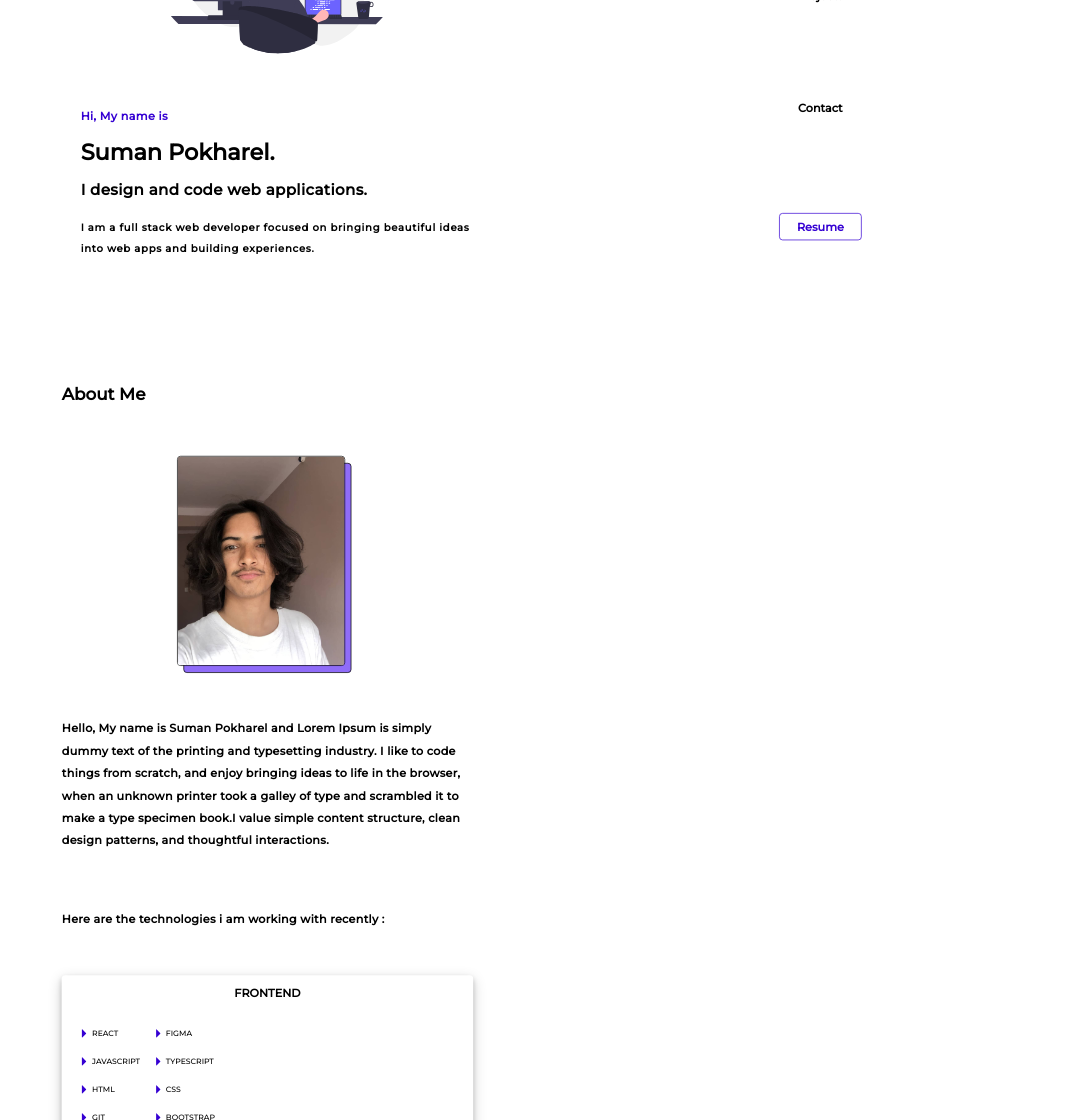
Repository: iamsumanp/portfolio
Page: /
These files come from the project's save history. The page is drawn as it stood at one moment and after the next save; the edit follows.
The browser window is 768 px wide. The page is 1536 px wide, so the pictures cover 1536 px, including what lies to the right of the window. The pictures show the part of the page from y = 396 to 1996 px (the page is 5929 px tall), at 70% of full size.
The project was rebuilt for these pictures with package versions that can differ from the ones it lists, and the page was loaded fresh each time.

Above is the page before, as saved 2022-07-09 21:57:53.

### public/index.html
<!DOCTYPE html>
<html lang="en">
  <head>
    <meta charset="utf-8" />
    <link rel="icon" href="%PUBLIC_URL%/favicon.ico" />
    <meta name="viewport" content="width=device-width, minimum-scale=1" />
    <meta name="theme-color" content="#000000" />
    <meta
      name="description"
      content="Web site created using create-react-app"
    />
    <link rel="apple-touch-icon" href="%PUBLIC_URL%/logo192.png" />

    <link rel="manifest" href="%PUBLIC_URL%/manifest.json" />
    <link rel="preconnect" href="https://fonts.googleapis.com" />
    <link rel="preconnect" href="https://fonts.gstatic.com" crossorigin />
    <link
      href="https://fonts.googleapis.com/css2?family=Montserrat:wght@500&display=swap"
      rel="stylesheet"
    />
    <title>iamsumanp</title>
  </head>
  <body>
    <div id="root"></div>
  </body>
</html>

### src/App.tsx
import "./App.css";
import { BrowserRouter as Router } from "react-router-dom";
import { NavBar } from "./Components/NavBar";
import "./styles/styles.css";
import { Hero } from "./Components/Hero";
import { AboutMe } from "./Components/AboutMe";
import { Projects } from "./Components/Projects";
import { Contact } from "./Components/Contact";
import { Footer } from "./Components/Footer";

function App() {
  return (
    <Router>
      <NavBar />
      <Hero />
      <AboutMe />
      <Projects />
      <Contact />
      <hr />
      <Footer />
    </Router>
  );
}

export default App;

### src/Components/NavBar.tsx
import React, { useState } from "react";
import { HashLink } from "react-router-hash-link";
const myLogo = require("../assets/logo.png");
export const NavBar = () => {
  const [active, setActive] = useState(false);

  const burgerClick = () => {
    setActive(!active);
  };

  return (
    <nav className="navBar">
      <HashLink to="#heroSection" className="linkHash" smooth>
        <img
          src={myLogo}
          alt="SP"
          className="logoImg"
          onClick={active ? burgerClick : undefined}
        />
      </HashLink>

      <ul className={active ? "navUl nav-active" : "navUl"}>
        <li className="navLinks" onClick={active ? burgerClick : undefined}>
          <HashLink to="#aboutMe" className="linkHash" smooth>
            About me
          </HashLink>
        </li>
        <li className="navLinks" onClick={active ? burgerClick : undefined}>
          <HashLink to="#projectSection" className="linkHash" smooth>
            Projects
          </HashLink>
        </li>
        <li className="navLinks" onClick={active ? burgerClick : undefined}>
          <HashLink to="#contact" className="linkHash" smooth>
            Contact
          </HashLink>
        </li>
        <li className="navLinks resume">Resume</li>
      </ul>
      <div className="burgerMenu" onClick={() => burgerClick()}>
        <div className={active ? "line1 toggle" : "line1"}></div>
        <div className={active ? "line2 toggle2" : "line2"}></div>
        <div className={active ? "line3 toggle3" : "line3"}></div>
      </div>
    </nav>
  );
};

### src/styles/styles.css
:root {
  --main-purple: #3500d3;
}

* {
  box-sizing: border-box;
  font-family: "Montserrat", sans-serif;
}

body {
  margin: 0;
  padding: 0;
}
@media (max-width: 900px) {
  body {
    overflow-x: hidden;
  }
}

.navBar {
  display: flex;
  flex-direction: row;
  justify-content: space-between;
  align-items: center;
  min-height: 5rem;
  font-weight: bolder;
  padding: 0.2% 8%;
}
@media (max-width: 1100px) {
  .navBar {
    margin-bottom: 5rem;
    overflow-x: hidden;
  }
}
.navBar .logoImg {
  height: 25px;
}
.navBar .navUl {
  list-style: none;
  display: flex;
  flex-direction: row;
}
@media (max-width: 900px) {
  .navBar .navUl {
    position: absolute;
    right: 0;
    top: 8vh;
    height: 100vh;
    background-color: rgb(255, 255, 255);
    flex-direction: column;
    width: 100%;
    justify-content: space-evenly;
    transform: translateX(100%);
    transition: transform 0.4s ease-in;
  }
}
.navBar .nav-active {
  transform: translateX(0%);
}
.navBar .burgerMenu {
  display: none;
}
@media (max-width: 900px) {
  .navBar .burgerMenu {
    display: block;
    cursor: pointer;
  }
}
.navBar .burgerMenu .toggle {
  transform: rotate(-45deg) translate(-5px, 6px);
}
.navBar .burgerMenu .toggle2 {
  opacity: 0;
}
.navBar .burgerMenu .toggle3 {
  transform: rotate(45deg) translate(-5px, -6px);
}
.navBar .burgerMenu div {
  width: 25px;
  height: 3px;
  background-color: black;
  transition: transform 0.4s ease;
  margin: 5px;
}
.navBar .navLinks {
  padding: 0 40px;
  cursor: pointer;
  align-self: center;
  text-decoration: none;
}
.navBar .navLinks.resume {
  border: solid 1px var(--main-purple);
  color: var(--main-purple);
  padding: 9px 25px;
  border-radius: 5px;
}
.navBar .navLinks .linkHash {
  text-decoration: none;
  color: black;
}

.heroSection {
  overflow-x: hidden;
  height: 90vh;
  width: 80%;
  display: flex;
  flex-direction: row;
  align-items: center;
  margin: auto;
  padding: 0 2% 0 5%;
}
@media (max-width: 1100px) {
  .heroSection {
    flex-direction: column-reverse;
    justify-content: center;
    align-items: center;
  }
}
.heroSection .content {
  display: flex;
  flex-direction: column;
}
@media (max-width: 1100px) {
  .heroSection .content {
    margin-top: 5rem;
  }
}
.heroSection .content .h4text {
  color: var(--main-purple);
}
.heroSection .content .h1text {
  margin-top: 0;
  font-size: 2.5rem;
}
@media (max-width: 800px) {
  .heroSection .content .h1text {
    font-size: 2rem;
  }
}
.heroSection .content .h4text,
.heroSection .content .h2text {
  letter-spacing: 0.5px;
  margin-top: 0;
}
.heroSection .content .h2text {
  font-size: 1.8rem;
}
@media (max-width: 800px) {
  .heroSection .content .h2text {
    font-size: 1.35rem;
  }
}
.heroSection .content .h5text {
  width: 55%;
  line-height: 2;
  letter-spacing: 1px;
  margin-top: 10px;
  font-size: 0.9rem;
}
@media (max-width: 800px) {
  .heroSection .content .h5text {
    width: 100%;
  }
}
.heroSection .svgImgg {
  margin-left: auto;
  width: 22rem;
}
@media (max-width: 1100px) {
  .heroSection .svgImgg {
    margin-left: 0;
  }
}
@media (max-width: 800px) {
  .heroSection .svgImgg {
    width: 19rem;
  }
}

.aboutMeSection {
  width: 80%;
  margin: auto;
  display: flex;
  flex-direction: column;
  justify-content: center;
  padding: 7% 2% 10% 5%;
}
@media (max-width: 1100px) {
  .aboutMeSection {
    padding: 7rem 2% 10% 1.5%;
  }
}
.aboutMeSection .contentAndImage {
  display: flex;
  flex-direction: row;
}
@media (max-width: 1100px) {
  .aboutMeSection .contentAndImage {
    flex-direction: column-reverse;
    margin-top: 2rem;
  }
}
.aboutMeSection .h2textabout {
  margin-top: -3rem;
}
.aboutMeSection .aboutMeContent {
  display: flex;
  flex-direction: column;
  width: 60%;
}
@media (max-width: 1100px) {
  .aboutMeSection .aboutMeContent {
    width: 100%;
  }
}
.aboutMeSection .imgContainer {
  margin-left: auto;
  background-color: #8f6cf8;
  margin-top: 2rem;
  position: relative;
  height: 350px;
  width: 280px;
  border: solid 1px black;
  border-radius: 5px;
}
@media (max-width: 1100px) {
  .aboutMeSection .imgContainer {
    margin-left: 0;
    align-self: center;
    margin-bottom: 2rem;
  }
}
@media (max-width: 800px) {
  .aboutMeSection .imgContainer {
    height: 300px;
    width: 240px;
  }
}
.aboutMeSection .imgContainer .imgProfile {
  height: 350px;
  position: absolute;
  right: 8px;
  top: -11px;
  border-radius: 5px;
  border: solid 0.2px black;
}
@media (max-width: 800px) {
  .aboutMeSection .imgContainer .imgProfile {
    height: 300px;
  }
}
.aboutMeSection .spanText {
  font-weight: bold;
  margin-top: 2rem;
  line-height: 2;
  letter-spacing: 0.4px;
}
.aboutMeSection .spanText.tech {
  margin-top: 5rem;
}
.aboutMeSection .backEndFrontEndContainer {
  display: flex;
  flex-direction: row;
  margin-top: 4rem;
  justify-content: space-between;
}
@media (max-width: 1100px) {
  .aboutMeSection .backEndFrontEndContainer {
    flex-direction: column;
  }
}
.aboutMeSection .backEndFrontEndContainer .frontEndBox {
  box-shadow: 0 4px 8px 0 rgba(0, 0, 0, 0.2), 0 6px 20px 0 rgba(0, 0, 0, 0.19);
  padding: 2rem 2.5rem;
  display: flex;
  flex-direction: column;
  border-radius: 5px;
}
@media (max-width: 1100px) {
  .aboutMeSection .backEndFrontEndContainer .frontEndBox {
    padding: 1rem;
    margin-bottom: 3rem;
  }
}
.aboutMeSection .backEndFrontEndContainer .frontEndBox .spanTitle {
  align-self: center;
  text-transform: uppercase;
  font-weight: bold;
}

.frontEndTools,
.backEndBox {
  display: flex;
  flex-direction: row;
  margin-top: 1rem;
}
.frontEndTools .fnTools2,
.backEndBox .fnTools2 {
  margin-left: 3rem;
}
@media (max-width: 900px) {
  .frontEndTools .fnTools2,
.backEndBox .fnTools2 {
    margin-left: 0.1rem;
  }
}
.frontEndTools .fnTool,
.backEndBox .fnTool {
  display: flex;
  align-items: center;
  margin: 1.5rem 0.5rem;
}
.frontEndTools .fnTool .triangleRight,
.backEndBox .fnTool .triangleRight {
  color: var(--main-purple);
}

.techName {
  margin-left: 0.8rem;
  text-transform: uppercase;
  font-size: 15px;
}
@media (max-width: 900px) {
  .techName {
    font-size: 11px;
    margin-left: 0.2rem;
  }
}

.projectsSection {
  width: 80%;
  margin: auto;
  padding: 5% 2% 0 5%;
  display: flex;
  flex-direction: column;
}
@media (max-width: 1100px) {
  .projectsSection {
    padding: 7rem 2% 10% 1.5%;
  }
}
.projectsSection .Project1Container {
  display: flex;
  flex-direction: column;
}
.projectsSection .nameLabelLine {
  margin: 2rem 0;
  display: flex;
  flex-direction: row;
  align-items: center;
}
.projectsSection .nameLabelLine .vl {
  border-bottom: 1px solid gray;
  margin-top: 5px;
  height: inherit;
  width: 35%;
}
@media (max-width: 1100px) {
  .projectsSection .nameLabelLine .vl {
    width: 50%;
  }
}
.projectsSection .h2textabout {
  margin-top: -3rem;
}
.projectsSection .projectContentAndImage {
  display: flex;
  flex-direction: row;
  justify-content: space-between;
}
@media (max-width: 1100px) {
  .projectsSection .projectContentAndImage {
    flex-direction: column-reverse;
  }
}
.projectsSection .projectContentAndImage .hirestationImg {
  height: 15rem;
  border-radius: 5px;
  margin-left: auto;
}
@media (max-width: 1100px) {
  .projectsSection .projectContentAndImage .hirestationImg {
    margin-left: 0;
    align-self: center;
    margin: 2rem 0 4rem 0;
  }
}
@media (max-width: 800px) {
  .projectsSection .projectContentAndImage .hirestationImg {
    height: 10rem;
  }
}
.projectsSection .linksContainer {
  display: flex;
  align-items: center;
  margin: 2rem 0;
}

.projContent {
  width: 50%;
  line-height: 1.5;
  letter-spacing: 0.5px;
}
@media (max-width: 1100px) {
  .projContent {
    width: 100%;
  }
}

.projectLabel {
  font-weight: bold;
  margin-right: 1rem;
}

.Project2Container {
  display: flex;
  flex-direction: column;
  margin-top: 5rem;
  margin-bottom: 7.5rem;
}
.Project2Container .nameLabelLine2 {
  margin: 2rem 0;
  display: flex;
  flex-direction: row;
  justify-content: end;
}
.Project2Container .nameLabelLine2 .vl {
  border-bottom: 1px solid gray;
  margin-bottom: 5px;
  width: 35%;
  margin-right: 1rem;
}
@media (max-width: 1100px) {
  .Project2Container .nameLabelLine2 .vl {
    width: 50%;
  }
}
@media (max-width: 800px) {
  .Project2Container .nameLabelLine2 .vl {
    width: 40%;
  }
}

.projectContentAndImage1 {
  display: flex;
  flex-direction: row;
  justify-content: space-between;
}
@media (max-width: 1100px) {
  .projectContentAndImage1 {
    flex-direction: column;
  }
}
.projectContentAndImage1 .baathcheethImg {
  height: 15rem;
  border-radius: 5px;
  margin-right: auto;
  padding-right: 2rem;
}
@media (max-width: 1100px) {
  .projectContentAndImage1 .baathcheethImg {
    margin-right: 0;
    align-self: center;
    margin: 2rem 0 4rem 0;
  }
}
@media (max-width: 800px) {
  .projectContentAndImage1 .baathcheethImg {
    height: 10rem;
  }
}

.ContactSection {
  width: 80%;
  margin: auto;
  padding: 5% 2% 10% 5%;
  display: flex;
  flex-direction: column;
}
@media (max-width: 1100px) {
  .ContactSection {
    padding: 5rem 2% 10% 1.5%;
  }
}
.ContactSection .formContainer {
  margin-top: 2rem;
}
.ContactSection .nameAndEmailSection {
  display: flex;
  flex-direction: row;
  justify-content: space-between;
}
@media (max-width: 900px) {
  .ContactSection .nameAndEmailSection {
    flex-direction: column;
    width: 100%;
  }
}
.ContactSection .nameAndEmailSection .nameContainer {
  display: flex;
  flex-direction: column;
  width: 90%;
}
@media (max-width: 900px) {
  .ContactSection .nameAndEmailSection .nameContainer {
    width: 100%;
  }
}
.ContactSection .nameAndEmailSection .emailContainer {
  display: flex;
  flex-direction: column;
  width: 90%;
  margin-left: 5rem;
}
@media (max-width: 900px) {
  .ContactSection .nameAndEmailSection .emailContainer {
    margin-left: 0;
    margin-top: 3rem;
    width: 100%;
  }
}
.ContactSection .nameAndEmailSection .inputForm {
  box-shadow: 0 4px 8px 0 rgba(0, 0, 0, 0.2), 0 6px 20px 0 rgba(0, 0, 0, 0.19);
  padding: 0.6rem 0.4rem;
  width: 100%;
  border-width: 1px;
  outline: none;
}
.ContactSection .label {
  margin-bottom: 2rem;
  font-weight: bold;
}
.ContactSection .MessageContainer {
  display: flex;
  flex-direction: column;
  margin-top: 4rem;
}
.ContactSection .MessageContainer #messageArea {
  width: 46.5%;
  box-shadow: 0 4px 8px 0 rgba(0, 0, 0, 0.2), 0 6px 20px 0 rgba(0, 0, 0, 0.19);
  height: 7rem;
  resize: none;
  outline: none;
  padding: 0.5rem 0.4rem;
}
@media (max-width: 900px) {
  .ContactSection .MessageContainer #messageArea {
    width: 100%;
  }
}
.ContactSection .submitBtn {
  background-color: #7a4eff;
  border: none;
  color: aliceblue;
  padding: 0.8rem;
  margin-top: 4rem;
  width: 10rem;
  border-radius: 3px;
  cursor: pointer;
}
@media (max-width: 900px) {
  .ContactSection .submitBtn {
    width: 100%;
  }
}

.footerSection {
  width: 80%;
  margin: auto;
  padding: 3% 2% 4% 1.5%;
}
.footerSection .footerContainer {
  display: flex;
  flex-direction: column;
}
@media (max-width: 900px) {
  .footerSection .footerContainer {
    align-items: center;
  }
}
.footerSection .socialMediaAndQuote {
  display: flex;
  justify-content: space-between;
  align-items: center;
  margin-bottom: 1rem;
}
@media (max-width: 900px) {
  .footerSection .socialMediaAndQuote {
    flex-direction: column;
  }
}
.footerSection .socialMediaAndQuote .icons {
  margin-left: 1rem;
}
@media (max-width: 900px) {
  .footerSection .socialMediaAndQuote .socialMedia {
    margin: 2rem 0;
  }
}

@media (max-width: 800px) {
  .spSpan {
    text-align: center;
  }
}/*# sourceMappingURL=styles_20220709215753.css.map */

### src/Components/Hero.tsx
import SvgImg from "./IconComponent/SvgImg";

export const Hero = () => {
  return (
    <div className="heroSection" id="heroSection">
      <div className="content">
        <h4 className="h4text">Hi, My name is</h4>
        <h1 className="h1text">Suman Pokharel.</h1>
        <h2 className="h2text">I design and code web applications.</h2>
        <h5 className="h5text">
          I am a full stack web developer focused on bringing beautiful ideas
          into web apps and building experiences.
        </h5>
      </div>
      {/* <div className="svgImgg"> */}
      <SvgImg height={221} className="svgImgg" />
      {/* </div> */}
    </div>
  );
};

### src/Components/Contact.tsx
import React, { useState } from "react";

export const Contact = () => {
  const [name, setName] = useState("");
  const [email, setEmail] = useState("");
  const [message, setMessage] = useState("");

  const submitHandler: React.FormEventHandler<HTMLFormElement> = (
    e: React.FormEvent<HTMLFormElement>
  ) => {
    e.preventDefault();

    setName("");
    setEmail("");
    setMessage("");
  };
  return (
    <div className="ContactSection" id="contact">
      <h2 className="h2textabout">Interested In working together?</h2>
      <form className="formContainer" onSubmit={submitHandler}>
        <div className="nameAndEmailSection">
          <div className="nameContainer">
            <label htmlFor="Name" className="label">
              Name :
            </label>
            <input
              type="text"
              value={name}
              className="inputForm"
              onChange={(e) => setName(e.target.value)}
            />
          </div>
          <div className="emailContainer">
            <label htmlFor="Email" className="label">
              Email :
            </label>
            <input
              type="email"
              value={email}
              className="inputForm"
              onChange={(e) => setEmail(e.target.value)}
            />
          </div>
        </div>
        <div className="MessageContainer">
          <label htmlFor="Message" className="label">
            Message(optional) :
          </label>
          <textarea
            name="message"
            id="messageArea"
            // cols=30
            // rows=10
            value={message}
            onChange={(e) => setMessage(e.target.value)}
          ></textarea>
        </div>
        <button className="submitBtn" type="submit">
          SUBMIT
        </button>
      </form>
    </div>
  );
};

### src/Components/Footer.tsx
import React from "react";
import { AiFillGithub, AiFillTwitterCircle } from "react-icons/ai";
import { BsLinkedin, BsFacebook } from "react-icons/bs";

export const Footer = () => {
  return (
    <div className="footerSection">
      <div className="footerContainer">
        <div className="socialMediaAndQuote">
          <span>Learning, Pushing, Rushing</span>
          <div className="socialMedia">
            <a
              href="https://www.linkedin.com/in/suman-pokharel-2a4b61206/"
              target="_blank"
              rel="noreferrer"
            >
              <BsLinkedin size={30} className="icons" fill="#2867B2" />
            </a>

            <a
              href="https://www.facebook.com/summan.pokharel/"
              target="_blank"
              rel="noreferrer"
            >
              <BsFacebook size={30} className="icons" fill="	#4267B2" />
            </a>
            <a
              href="https://github.com/iamsumanp"
              target="_blank"
              rel="noreferrer"
              style={{ color: "black" }}
            >
              <AiFillGithub size={34} className="icons" />
            </a>
            <a
              href="https://twitter.com/Itsmesuman2"
              target="_blank"
              rel="noreferrer"
            >
              <AiFillTwitterCircle size={35} className="icons" fill="#00acee" />
            </a>
          </div>
        </div>
        <span className="spSpan">Designed And Built By Suman Pokhrel</span>
      </div>
    </div>
  );
};

Loaded but not shown: src/index.tsx (common file); src/Components/IconComponent/SvgImg.tsx (791 lines, source omitted); src/Components/Projects.tsx (201 lines, source omitted); src/Components/AboutMe.tsx (107 lines, source omitted); src/App.css (no stored copy; drawn as an empty file)

After the next save:
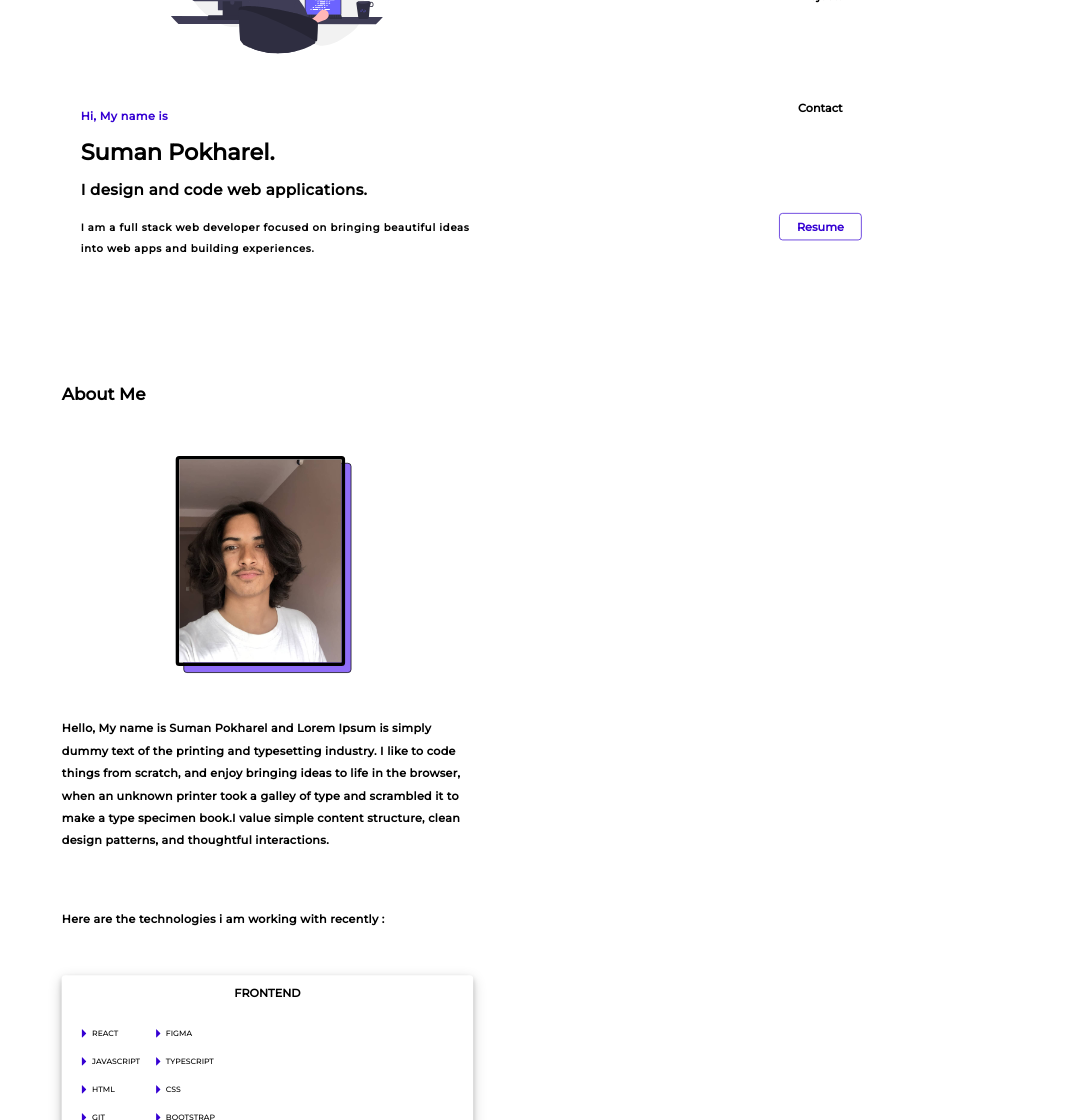
Saved 4 s later.
--- a/src/styles/styles.css
+++ b/src/styles/styles.css
@@ -242,7 +242,7 @@ body {
   right: 8px;
   top: -11px;
   border-radius: 5px;
-  border: solid 0.2px black;
+  border: solid 5px black;
 }
 @media (max-width: 800px) {
   .aboutMeSection .imgContainer .imgProfile {
@@ -602,4 +602,4 @@ body {
   .spSpan {
     text-align: center;
   }
-}/*# sourceMappingURL=styles_20220709215753.css.map */
+}/*# sourceMappingURL=styles_20220709215757.css.map */
